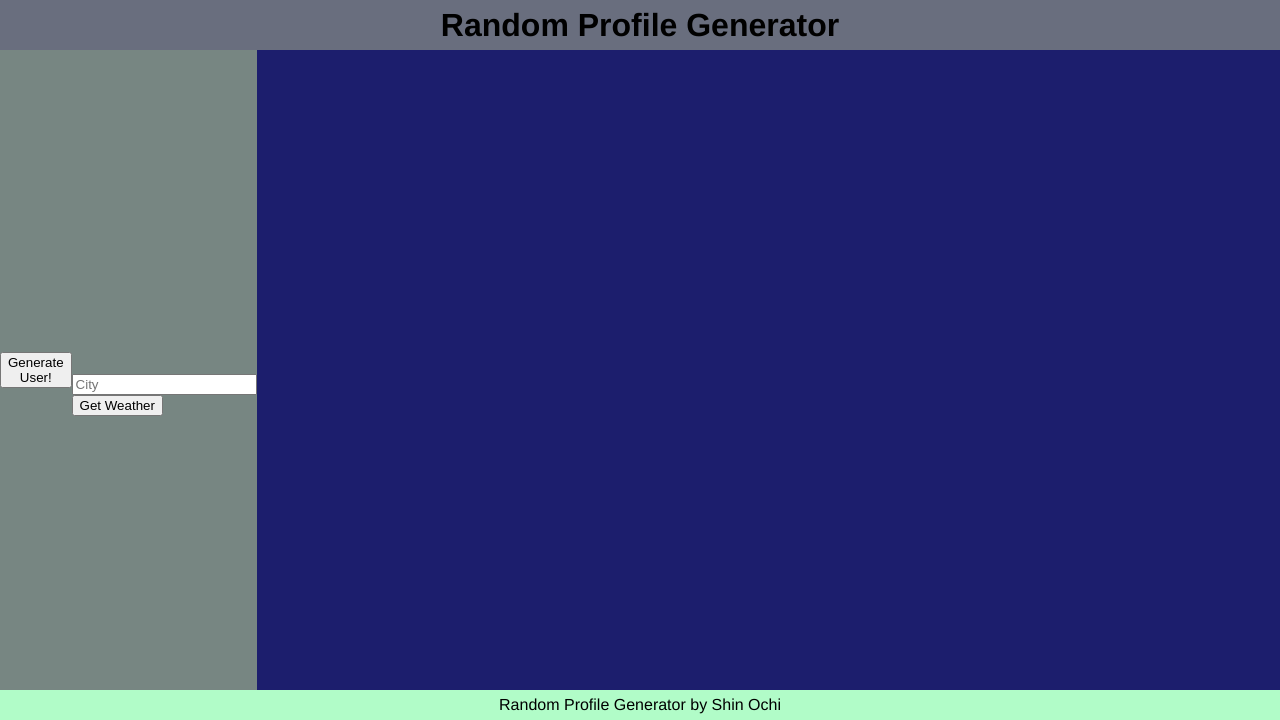
Repository: swaroopu-kr/Web-Application
Page: index.html
These files come from the project's save history. The page is drawn as it stood at one moment and after the next save; the edit follows.
The browser window is 1280 px wide. The pictures show the whole page.

Above is the page before, as saved 2021-10-31 23:57:08.

After the next save:
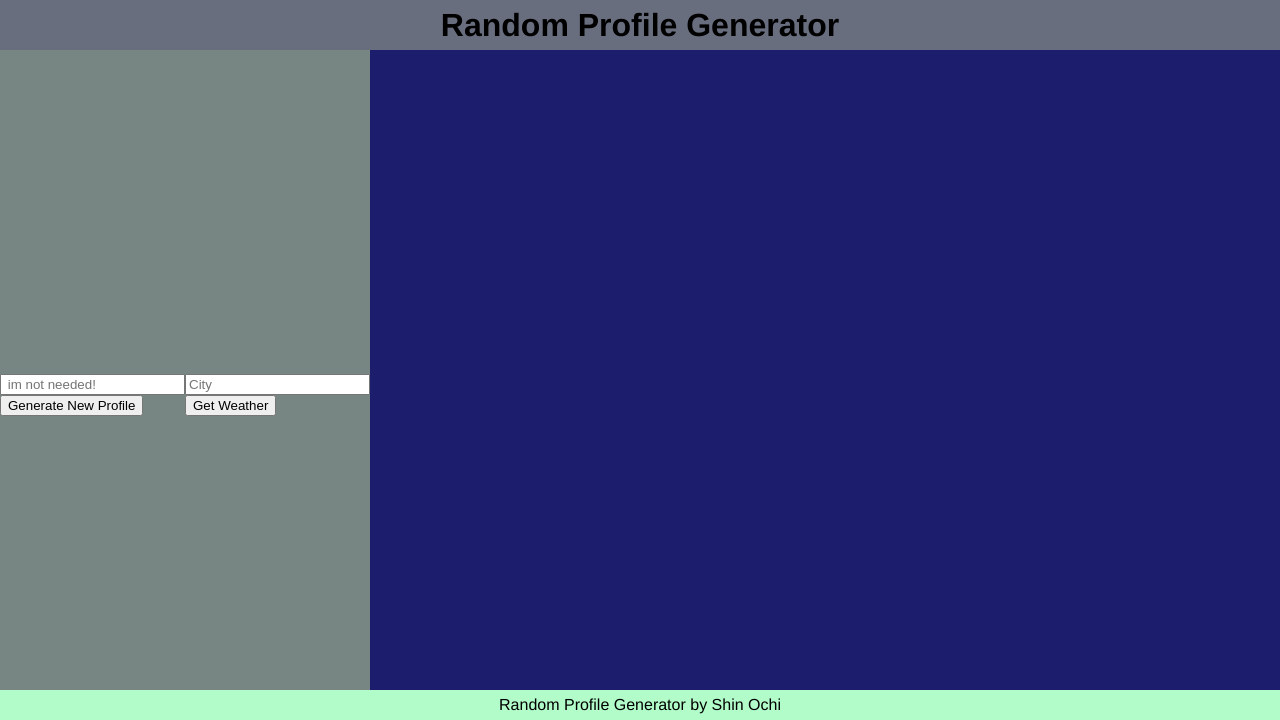
Console error: TypeError: Cannot read properties of null (reading 'addEventListener')
Saved 6 s later.
--- a/index.html
+++ b/index.html
@@ -32,7 +32,12 @@
     </main>
 
     <aside>
-      <div><button id="btn">Generate User!</button></div>
+      <form style="margin-top: 50px;">
+        <label>
+          <input type="text" placeholder=" im not needed!">
+        </label>
+      <input type="submit" value="Generate New Profile">
+      </form>
 <br>
 <br>
       <form style="margin-top: 50px;">

After the 2 saves that followed:
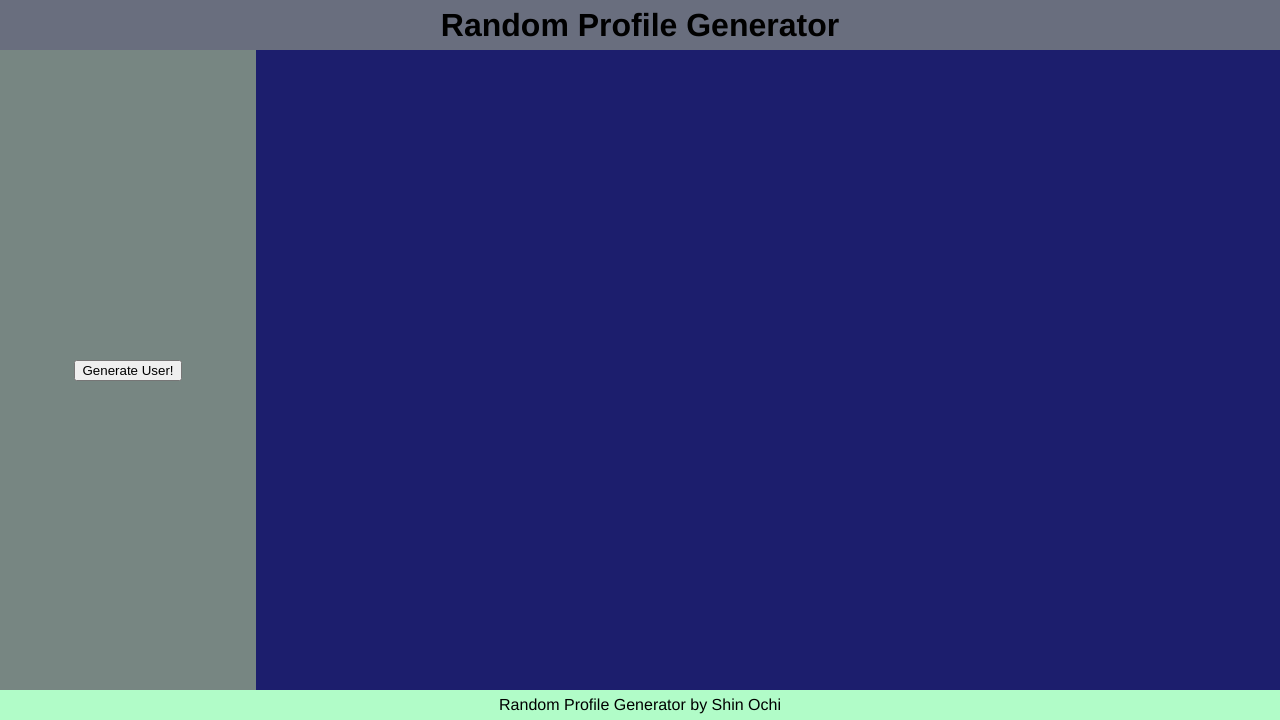
The error is gone.
The 2 saves are shown as one change because they came seconds apart.
The last was saved 12 s later.
--- a/index.html
+++ b/index.html
@@ -32,20 +32,8 @@
     </main>
 
     <aside>
-      <form style="margin-top: 50px;">
-        <label>
-          <input type="text" placeholder=" im not needed!">
-        </label>
-      <input type="submit" value="Generate New Profile">
-      </form>
-<br>
-<br>
-      <form style="margin-top: 50px;">
-        <label>
-          <input type="text" placeholder="City">
-        </label>
-      <input type="submit" value="Get Weather">
 
+      <div><button id="btn">Generate User!</button></div>
    </aside>
 
    <footer>
